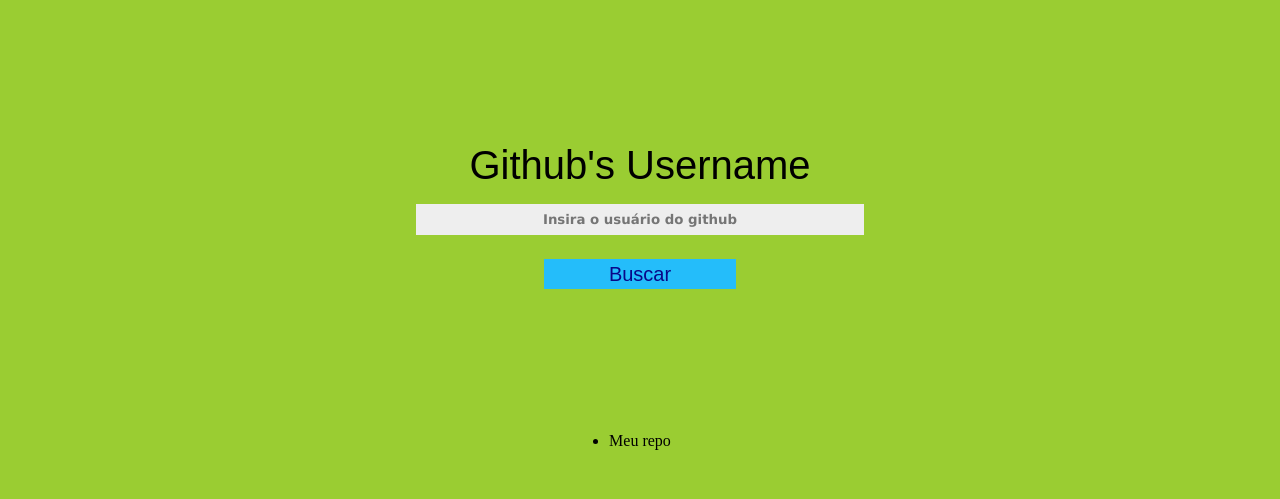
Repository: Orifiel/teste
Page: desafioMod4/desafioJavascritpt0402.html
These files come from the project's save history. The page is drawn as it stood at one moment and after the next save; the edit follows.
The browser window is 1280 px wide. The pictures show the whole page.
The page's requests for data from a server got no answer. Some web fonts or font styles are not loaded; a fallback is used.

Above is the page before, as saved 2020-08-24 13:28:32.

### desafioMod4/desafioJavascritpt0402.html
<!DOCTYPE html>
<html lang="en">
<head>
    <meta charset="UTF-8">
    <meta name="viewport" content="width=device-width, initial-scale=1.0">
    <title>Document</title>
</head>
<style>
    @import url('https://fonts.googleapis.com/css2?family=Do+Hyeon&display=swap');
    *{
        padding: 0;
        margin: 0;
        box-sizing: border-box;
    }
    body{
        background: yellowgreen;
    }
   .container {
        display: flex;

        flex-direction: column;
        width: 70vw;
        height: 60vh;
        justify-content: center;
        align-items: center;
        margin: 0 auto;
    }
    label{
        font-size: 2.5rem;
        font-family: 'Do Hyeon', sans-serif;
    }
    input {

        outline: none;
        width: 50%;
        padding: 8px 14px;
        border: none;
        background: rgb(238, 238, 238);
        color: rgb(0, 0, 0);
        font-family: Verdana, Geneva, Tahoma, sans-serif;
        font-weight: 700;
        text-align: center;
        margin-top: 1rem;

    }

    button {
        width: 12rem;
        height: 30px;
        background: rgb(36, 189, 250);
        border: none;
        font-family: 'Do Hyeon', sans-serif;
        font-size: 20px;
        color: rgb(9, 7, 136);
        outline: none;
        transition: 0.3s;
        margin-top: 1.5rem;
    }
    button:hover{
        background:rgb(9, 7, 136);
        color:rgb(36, 189, 250);
        width: 13rem;
        }

    .repo-container{
        display: flex;
        flex-direction: column;
        width: 70vw;
        justify-content: center;
        align-items: center;
        margin: 0 auto;
    }

    li .repose{
        font-size: 1.6rem;
        font-family: 'Do Hyeon', sans-serif;
        list-style: none;
    }

</style>
<body>
    <div class="container">
        <label for="username">Github's Username</label>
        <input type="text" name="username" id="username" placeholder="Insira o usuário do github" required>
        <button onclick=''>Buscar</button>
    </div>
    <div class="repo-container">
        <ul class="respositorys">

            <li class="repose">Meu repo</li>

        </ul>
    </div>
 <script src="https://unpkg.com/axios/dist/axios.min.js"></script>
 <script src="./desafioJavascritpt0402.js"></script>
</body>
</html>

### desafioMod4/desafioJavascritpt0402.js
/**
 * 2º exercício
Crie uma tela com um <input> que deve receber o nome de um usuário no Github. Após digitar o
nome do usuário e clicar no botão buscar a aplicação deve buscar pela API do Github (conforme
URL abaixo) os dados de repositórios do usuário e mostrá-los em tela:
URL de exemplo: https://api.github.com/users/diego3g/repos
Basta alterar "diego3g" pelo nome do usuário.
<input type="text" name="user">
<button onclick="">Adicionar</button>
Depois de preencher o input e adicionar, a seguinte lista deve aparecer abaixo:
<ul>
 <li>repo1</li>
 <li>repo2</li>
 <li>repo3</li>
 <li>repo4</li>
 <li>repo5</li>
</ul>

 */

function searchUserInGithub(){
    const inputUser = document.querySelector('#username')
    const username = inputUser.nodeValue

}

axios.get(`https://api.github.com/users/${username}/repos`)
.then(function(response){
    console.log(response)
})
.catch(function(error){
    console.log(error)
})

After the next save:
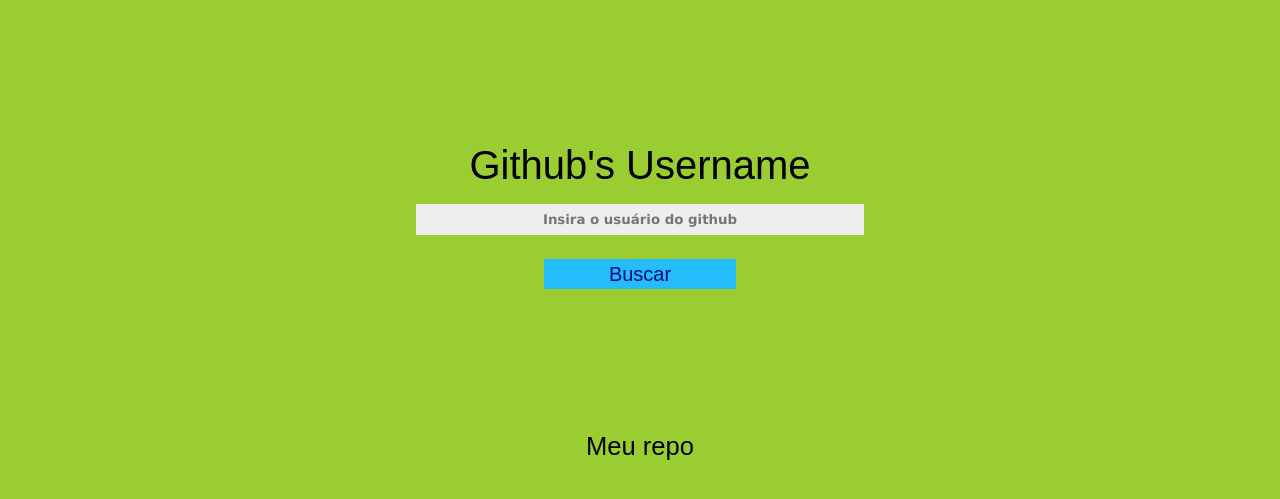
Saved 11 s later.
--- a/desafioMod4/desafioJavascritpt0402.html
+++ b/desafioMod4/desafioJavascritpt0402.html
@@ -71,7 +71,7 @@
         margin: 0 auto;
     }
 
-    li .repose{
+    .repose{
         font-size: 1.6rem;
         font-family: 'Do Hyeon', sans-serif;
         list-style: none;
